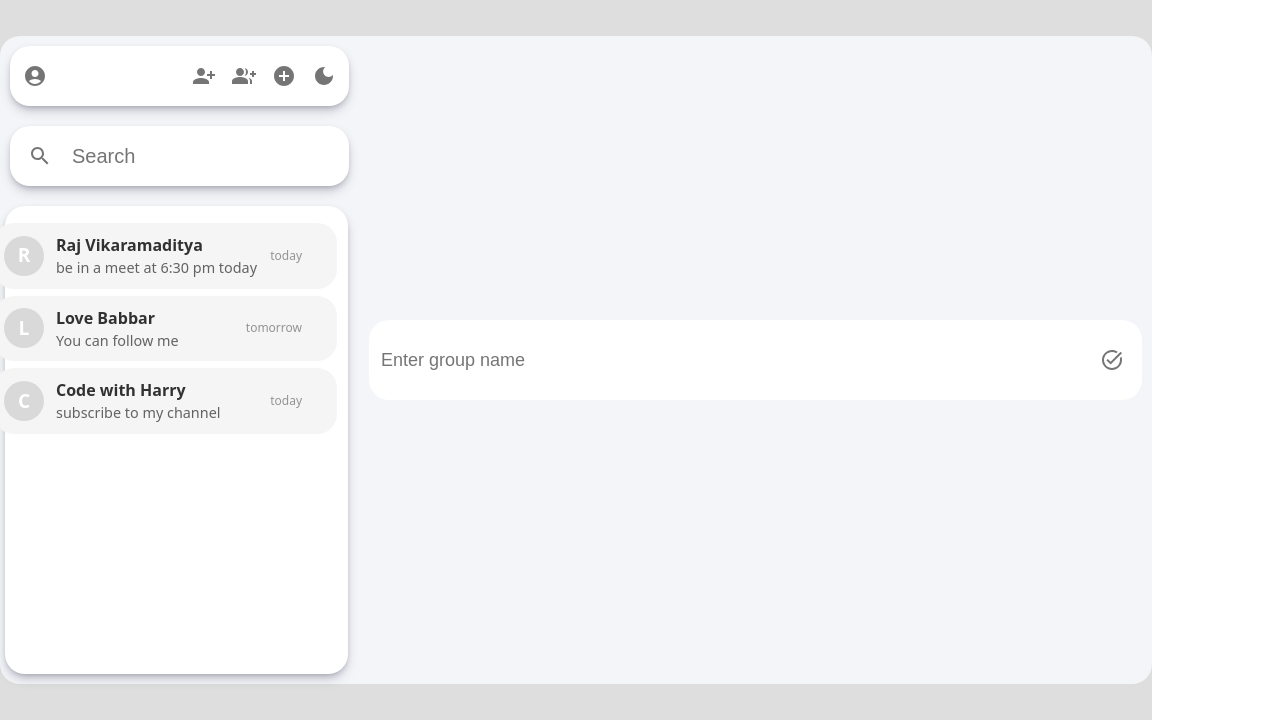
Repository: rahul-chakradhari/chat_app
Page: /
The author's editor kept a copy of each file at every save. The page is drawn from the files as they stood at one save, then again after the next save.
The browser window is 1280 px wide. The pictures show the whole page.
The project was rebuilt for these pictures with package versions that can differ from the ones it lists, and the page was loaded fresh each time. Also part of the build but not shown: vite.config.js, src/components/Login.jsx, src/components/Messagebyme.jsx, src/components/Messagebyothers.jsx, src/components/Chatarea.jsx, src/components/Welcome.jsx.

Above is the page before, as saved 2025-03-01 10:16:45.

### index.html
<!DOCTYPE html>
<html lang="en">
  <head>
    <meta charset="UTF-8" />
    <link rel="icon" href="./live-chat.png" />

    <meta name="viewport" content="width=device-width, initial-scale=1.0" />
    <title>Vite + React</title>
  </head>
  <body>
    <div id="root"></div>
    <script type="module" src="/src/main.jsx"></script>
  </body>
</html>

### src/App.jsx
import "./App.css";
import Login from "./components/Login";
import Maincontainer from "./components/Maincontainer";

function App() {
  return (
    <div className="App">
      {/*<Login />*/}
      {<Maincontainer />}
    </div>
  );
}

export default App;

### src/App.css
* {
  margin: 0;
}
.App {
  background-color: #dddedd;
  min-height: 100vh;
  display: flex;
  justify-content: center;
  align-items: center;
}

### src/components/Maincontainer.jsx
import "./Mystyles.css";
import Sidebar from "./Sidebar";
import Chatarea from "./Chatarea";
import Welcome from "./Welcome";
import Creategroups from "./Creategroups";

const Maincontainer = () => {
  return (
    <div className="main">
      <Sidebar />
      <Creategroups />
      {/*<Welcome />*/}
      {/*<Chatarea />*/}
    </div>
  );
};

export default Maincontainer;

### src/components/Mystyles.css
.main {
  background-color: #f4f5f8;
  height: 90vh;
  width: 90vw;
  display: flex;
  border-radius: 20px;
}
.side {
  flex: 0.3;
  display: flex;
  flex-direction: column;
}
.chat {
  background-color: aliceblue;
  flex: 0.7;
}
.headers {
  background-color: white;
  border-radius: 20px;
  padding: 10px 5px;
  margin: 10px;
  display: flex;
  justify-content: space-between;
  box-shadow: rgba(50, 50, 93, 0.25) 0px 6px 12px -2px,
    rgba(0, 0, 0, 0.3) 0px 3px 7px -3px;
}
.search {
  background-color: white;
  border-radius: 20px;
  padding: 10px 10px;
  margin: 10px;
  display: flex;
  align-items: center;
  box-shadow: rgba(50, 50, 93, 0.25) 0px 6px 12px -2px,
    rgba(0, 0, 0, 0.3) 0px 3px 7px -3px;
}
.box {
  outline-width: 0;
  border: none;
  font-size: 1.25rem;
  margin-left: 10px;
}
.conver {
  background-color: white;
  border-radius: 20px;
  padding: 10px 5px;
  margin: 10px;
  flex: 1;
}
.conversation {
  background-color: white;
  border-radius: 20px;
  margin: 10px 5px;
  flex: 1;
  max-height: 65vh;
  margin-right: 11px;
  padding: 10px 5px;
  box-shadow: rgba(50, 50, 93, 0.25) 0px 6px 12px -2px,
    rgba(0, 0, 0, 0.3) 0px 3px 7px -3px;
}
.conversationitem {
  display: flex;
  align-items: center; /* Items ko vertical center align karega */
  gap: 12px; /* Icon aur text ke beech gap */
  padding: 10px;
  margin: 3px;
  border-radius: 20px;
  margin-left: -16px;
  margin-right: auto;
  margin-top: 7px;
  background-color: #f5f5f5; /* Light background */
  width: 100%;
  width: calc(100% - 10px); /* Ensure karega ki andar hi rahe */
  overflow: hidden; /* Extra content hide */
  white-space: nowrap; /* Ek hi line me rahe */
  text-overflow: ellipsis;
}
.conversationitem::-webkit-scrollbar {
  display: none;
}

.icon {
  display: flex;
  justify-content: center;
  align-items: center;
  background-color: #d9d9d9;
  font-size: 1.2rem;
  font-weight: bold;
  color: white;
  height: 40px;
  width: 40px;
  border-radius: 50%;
  flex-shrink: 0; /* Icon ka size maintain rahega */
}

.conversation-text {
  display: flex;
  flex-direction: column;
  flex-grow: 1; /* Ye ensure karega ki text area full width le */
}

.title {
  font-weight: bold;
  font-size: 1rem;
  color: rgba(0, 0, 0, 0.8);
}

.message {
  font-size: 0.9rem;
  color: rgba(0, 0, 0, 0.6);
}

.time {
  margin-right: 25px;
  font-size: 0.75rem;
  color: rgba(0, 0, 0, 0.4);
  flex-shrink: 0; /* Time ka size fix rahe */
}
.chat {
  display: flex;
  flex-direction: column;
  flex: 0.7;
}
.chattingwith {
  background-color: green;
}
.mess {
  background-color: aquamarine;
  flex-grow: 1;
}
.inputbox {
  background-color: green;
}
.trash {
  color: black;
}
.chat {
  display: flex;
  flex-direction: column;
  flex: 0.7;
}

.chat-header {
  display: flex;
  justify-content: space-between;
  align-items: center;
  padding: 10px;
  background: white;
  border-bottom: 1px solid #ddd;
}
.avatar {
  border-color: #d9d9d9;
  color: white;
}
.chat-info {
  display: flex;
  align-items: center;
}

.chat-info .avatar {
  width: 40px;
  height: 40px;
  border-radius: 50%;
  background: #bbb;
  display: flex;
  justify-content: center;
  align-items: center;
  font-weight: bold;
  margin-right: 10px;
}

.trash {
  color: black;
}

.mess {
  flex-grow: 1;
  padding: 20px;
  background: #f5f5f5;
}

.inputbox {
  padding: 10px;
  border-top: 1px solid #ddd;
  background: white;
}

.inputbox input {
  width: 100%;
  padding: 8px;
  border: none;
  outline: none;
}
.name-time {
  display: flex;
  flex-direction: column;
  align-items: flex-start; /* Left-align text properly */
}

.niche {
  font-size: 12px;
  color: gray;
  margin: 2px 0 0 3px;
  margin-top: 2px;
  margin-right: 12px;
  /* 👈 Adjust left margin properly */
  padding-right: 42px; /* 🔹 Slight padding for spacing */
}
.inputbox {
  display: flex;
  justify-content: center;
}
.othertextcontent,
.con-icon {
  width: 200px; /* Box ka width */
  height: auto; /* Height content ke according adjust hogi */
  font-size: 16px; /* Text size change karne ke liye */
  padding: 10px; /* Text aur border ke beech space ke liye */
  background-color: aquamarine; /* Light gray background */
  border-radius: 10px; /* Rounded corners */
  margin-left: 750px;
}
.selfmessagecontainer {
  width: 200px; /* Box ka width */
  height: auto; /* Height content ke according adjust hogi */
  font-size: 16px; /* Text size change karne ke liye */
  padding: 10px; /* Text aur border ke beech space ke liye */
  background-color: lightsalmon; /* Light gray background */
  border-radius: 10px; /* Rounded corners */
}
.mess {
  height: 500px;
  overflow-y: auto;
  display: flex;
  flex-direction: column;
}
.mess::-webkit-scrollbar {
  display: none;
}

.welcome {
  min-height: 89vh;
  flex: 0.7;
  display: flex;
  flex-direction: column;
  justify-content: center;
  align-items: center;
  gap: 25px;
  font-family: "Segoe UI", Tahoma, Geneva, Verdana, sans-serif;
  color: rgba(0, 0, 0, 0.87);
  border-bottom: 2px solid #63d7b0;
  background-color: #ffffff;
  border-radius: 20px;
}

.logo {
  height: 15vw;
  margin-bottom: 10px;
}
.group {
  flex: 0.7;
  align-self: center;
  padding: 20px 10px;
  margin: 10px;
  background-color: white;
  border-radius: 20px;
  display: flex;
  justify-content: space-between;
}
.inputgroup {
  font-size: 18px;
  outline-width: 0;
  border: none;
}
.login {
  height: 90vh;
  width: 90vw;
  background-color: #f4f5f8;
  border-radius: 20px;
  display: flex;
  box-shadow: rgba(100, 100, 111, 0.2) 0px 7px 29px 0px;
}
.loginimage {
  flex: 0.3;
}
.loginbox {
  flex: 0.7;
  font-family: "Segoe UI", Tahoma, Geneva, Verdana, sans-serif;

  background-color: white;
  border-radius: 20px;
  margin: 10px;
  color: #63d7b0;
  font-weight: bolder;
  display: flex;
  justify-content: center;
  align-items: center;
  flex-direction: column;
  gap: 20px;
}
.loginlogo {
  height: 15vw;
  margin-top: 201px;
  margin-left: 75px;
}
.logintitle {
  font-size: 30px;
}

### src/components/Sidebar.jsx
import { useState } from "react";
import AccountCircleIcon from "@mui/icons-material/AccountCircle";
import PersonAddAlt1Icon from "@mui/icons-material/PersonAddAlt1";
import GroupAddIcon from "@mui/icons-material/GroupAdd";
import AddCircleIcon from "@mui/icons-material/AddCircle";
import DarkModeIcon from "@mui/icons-material/DarkMode";
import SearchIcon from "@mui/icons-material/Search";
import Conversationitem from "./Conversationitem";
import "./Mystyles.css";
import { IconButton } from "@mui/material";

const Sidebar = () => {
  const [conversations, setConversations] = useState([
    {
      id: 1,
      name: "Raj Vikaramaditya",
      lastMessage: "be in a meet at 6:30 pm today",
      timeStamp: "today",
    },
    {
      id: 2,
      name: "Love Babbar",
      lastMessage: "You can follow me ",
      timeStamp: "tomorrow",
    },
    {
      id: 3,
      name: "Code with Harry",
      lastMessage: "subscribe to my channel",
      timeStamp: "today",
    },
  ]);

  return (
    <div className="side">
      <div className="headers">
        <div>
          <IconButton>
            <AccountCircleIcon />
          </IconButton>
        </div>
        <div>
          <IconButton>
            <PersonAddAlt1Icon />
          </IconButton>
          <IconButton>
            <GroupAddIcon />
          </IconButton>
          <IconButton>
            <AddCircleIcon />
          </IconButton>
          <IconButton>
            <DarkModeIcon />
          </IconButton>
        </div>
      </div>

      <div className="search">
        <IconButton>
          <SearchIcon />
        </IconButton>
        <input placeholder="Search" className="box" />
      </div>

      <div className="conversation">
        {conversations.map((conversation) => (
          <Conversationitem key={conversation.id} {...conversation} />
        ))}
      </div>
    </div>
  );
};

export default Sidebar;

### src/components/Creategroups.jsx
import TaskAltIcon from "@mui/icons-material/TaskAlt";
import { IconButton } from "@mui/material";

const Creategroups = () => {
  return (
    <div className="group">
      <input placeholder="Enter group name" className="inputgroup" />
      <IconButton>
        <TaskAltIcon />
      </IconButton>
    </div>
  );
};

export default Creategroups;

### src/components/Conversationitem.jsx
const Conversationitem = (props) => {
  return (
    <div className="conversationitem">
      <p className="icon">{props.name[0]}</p>
      <div className="conversation-text">
        <p className="title">{props.name}</p>
        <p className="message">{props.lastMessage}</p>
      </div>
      <p className="time">{props.timeStamp}</p>
    </div>
  );
};

export default Conversationitem;

Loaded but not shown: src/main.jsx (common file); src/index.css (common file)

After the next save:
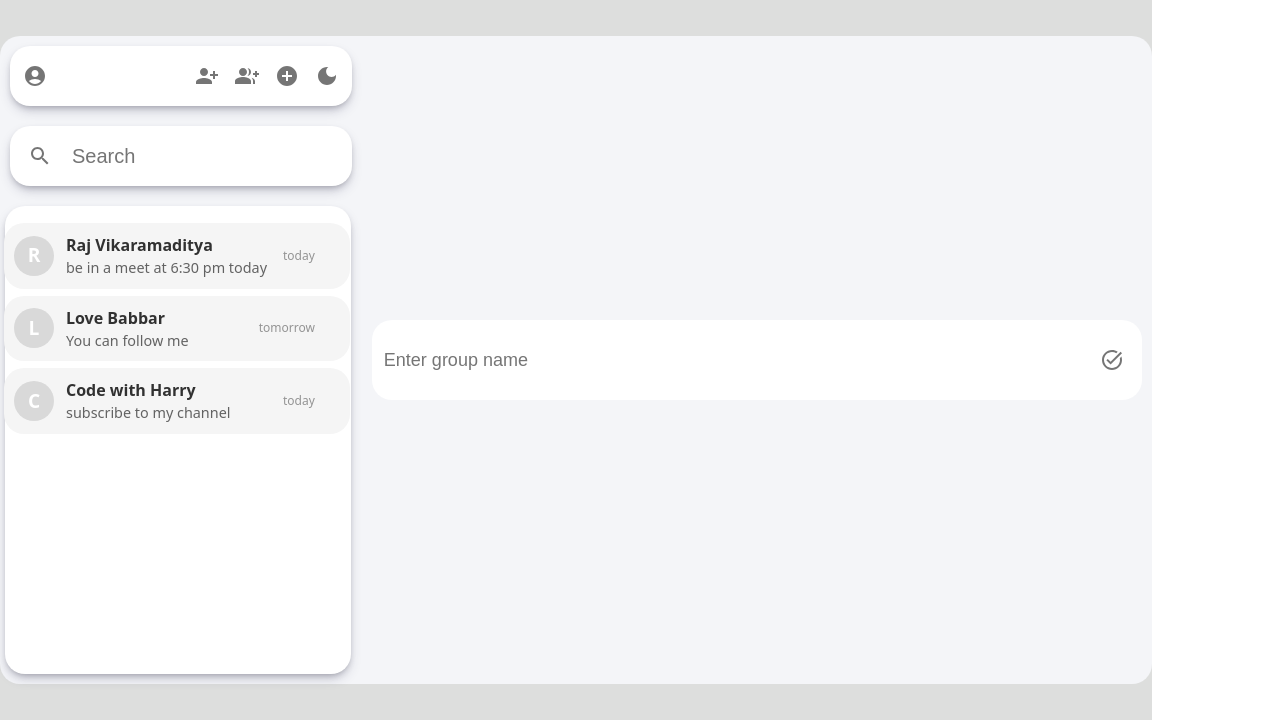
Saved 4 s later.
--- a/src/components/Mystyles.css
+++ b/src/components/Mystyles.css
@@ -65,7 +65,7 @@
   padding: 10px;
   margin: 3px;
   border-radius: 20px;
-  margin-left: -16px;
+  margin-left: -6px;
   margin-right: auto;
   margin-top: 7px;
   background-color: #f5f5f5; /* Light background */
